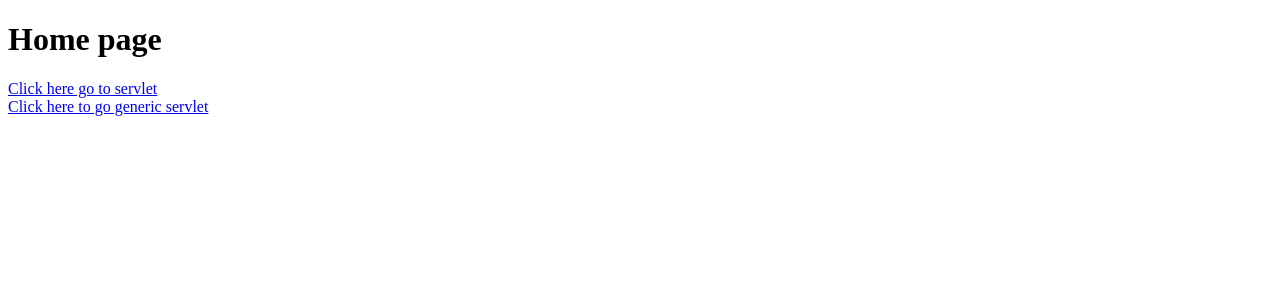
Repository: kunwaraman/Servlets-Jsp-Tuto
Page: CreateServletUsingInterface/src/main/webapp/index.html
The author's editor kept a copy of each file at every save. The page is drawn from the files as they stood at one save, then again after the next save.
The browser window is 1280 px wide. The pictures show the whole page.

Above is the page before, as saved 2024-10-24 16:15:17.

After the next save:
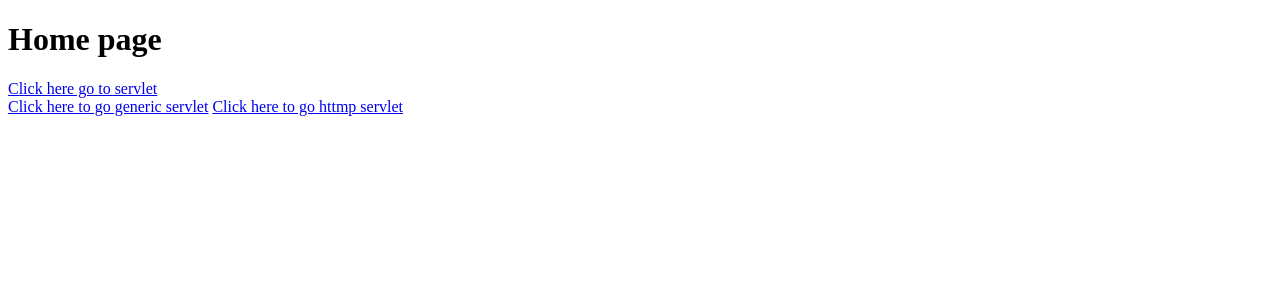
Saved 14 min 26 s later.
--- a/CreateServletUsingInterface/src/main/webapp/index.html
+++ b/CreateServletUsingInterface/src/main/webapp/index.html
@@ -10,5 +10,7 @@
 	<a href="app">Click here go to servlet</a> <br>
 
 	<a href="app2">Click here to go generic servlet</a>
+
+	<a href="app3">Click here to go httmp servlet</a>
 </body>
 </html>
